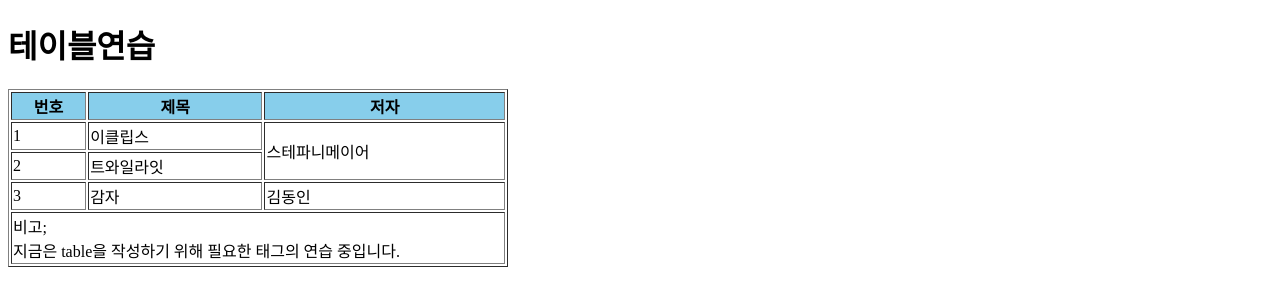
Repository: wishinghyun/multicampus
Page: webwork/clientweb/WebContent/html/table1.html
An editor plug-in stored every save of this project. The page is shown before and after the next save, followed by the edit.
The browser window is 1280 px wide. The pictures show the whole page.

Above is the page before, as saved 2020-01-02 02:12:54.

After the next save:
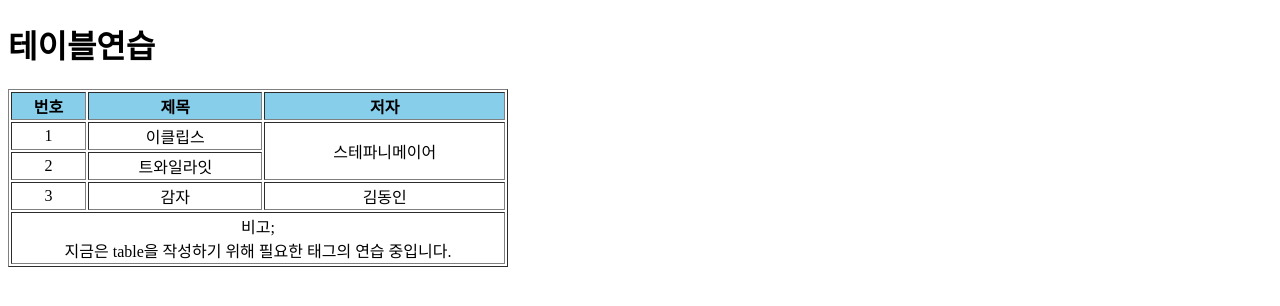
Saved 2 min 13 s later.
--- a/webwork/clientweb/WebContent/html/table1.html
+++ b/webwork/clientweb/WebContent/html/table1.html
@@ -12,21 +12,21 @@
 			<th>제목</th>
 			<th>저자</th>
 		</tr>
-		<tr>
+		<tr align="center">
 			<td>1</td>
 			<td>이클립스</td>
 			<td rowspan="2">스테파니메이어</td>
 		</tr>
-		<tr>
+		<tr align="center">
 			<td>2</td>
 			<td>트와일라잇</td>
 		</tr>
-		<tr>
+		<tr align="center">
 			<td>3</td>
 			<td>감자</td>
 			<td>김동인</td>
 		</tr>
-		<tr>
+		<tr align="center">
 			<td colspan="3">
 			비고;<br/>
 			지금은 table을 작성하기 위해 필요한 태그의 연습 중입니다.
